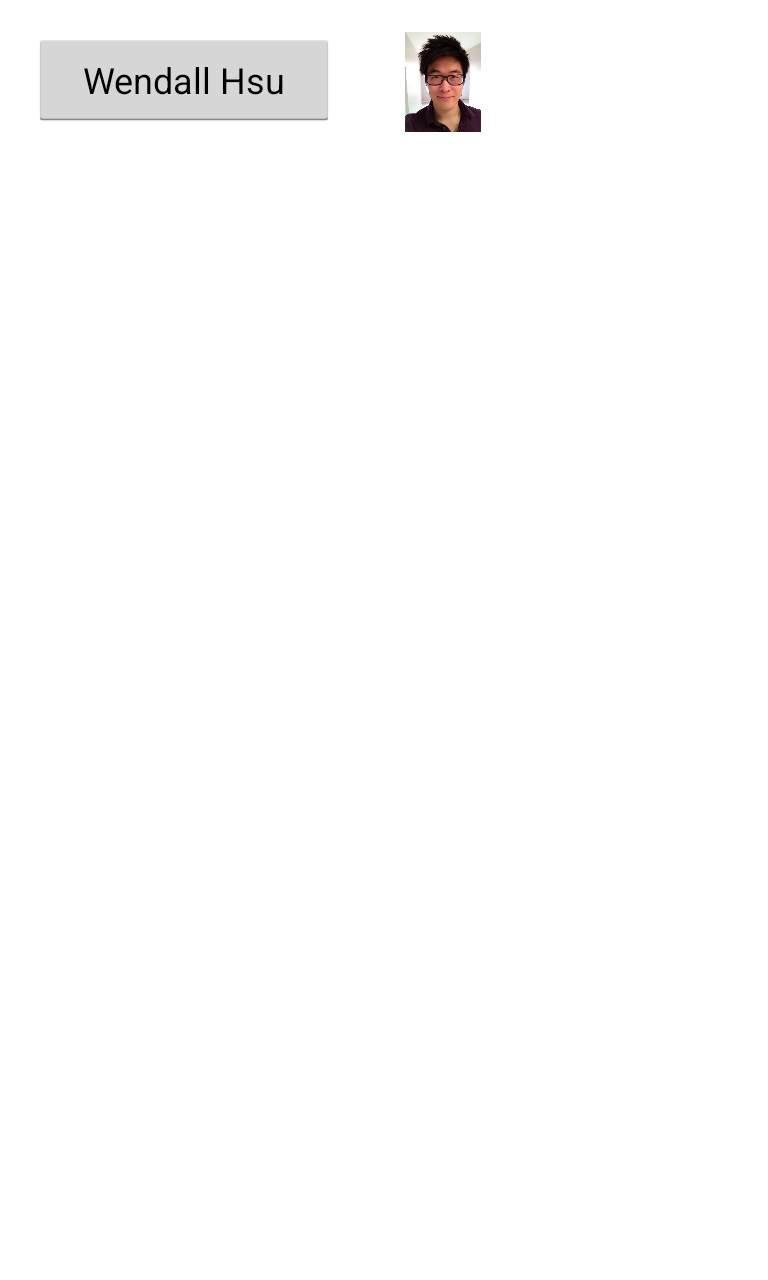
Repository: lethe13/AndroidProgramming
Layout: COMP304-Assignment2/res/layout/activity_main.xml
The author's editor kept a copy of each file at every save. The layout is drawn from the files as they stood at one save, then again after the next save.
It is drawn on a 768 x 1280 px phone screen (xhdpi) without system bars, with theme AppTheme; the app's code is not run.

Above is the layout before, as saved 2015-10-13 20:40:38.

### COMP304-Assignment2/res/layout/activity_main.xml
<RelativeLayout xmlns:android="http://schemas.android.com/apk/res/android"
    xmlns:tools="http://schemas.android.com/tools"
    android:layout_width="match_parent"
    android:layout_height="match_parent"
    android:paddingBottom="@dimen/activity_vertical_margin"
    android:paddingLeft="@dimen/activity_horizontal_margin"
    android:paddingRight="@dimen/activity_horizontal_margin"
    android:paddingTop="@dimen/activity_vertical_margin"
    tools:context="com.example.comp304_assignment2.MainActivity" >

    <Button
            android:id="@+id/button1"
            android:layout_width="152dp"
            android:layout_height="wrap_content"
            android:text="@string/st1" />

    <ImageView
        android:id="@+id/imageView1"
        android:layout_marginBottom="134dp"
        android:layout_marginLeft="59dp"
        android:layout_width="wrap_content"
        android:layout_height="100px"
        android:src="@drawable/wendall" />

</RelativeLayout>

### COMP304-Assignment2/res/values/strings.xml
<?xml version="1.0" encoding="utf-8"?>
<resources>

    <string name="app_name">COMP304-Assignment2</string>
    <string name="hello_world">Hello world!</string>
    <string name="action_settings">Settings</string>
    <string name="st1">Wendall Hsu</string>

</resources>

Loaded but not shown: COMP304-Assignment2/res/values/styles.xml (common file); COMP304-Assignment2/res/values-v11/styles.xml (common file); COMP304-Assignment2/res/values-v14/styles.xml (common file); COMP304-Assignment2/res/values/dimens.xml (common file); COMP304-Assignment2/res/values-w820dp/dimens.xml (common file)

After the next save:
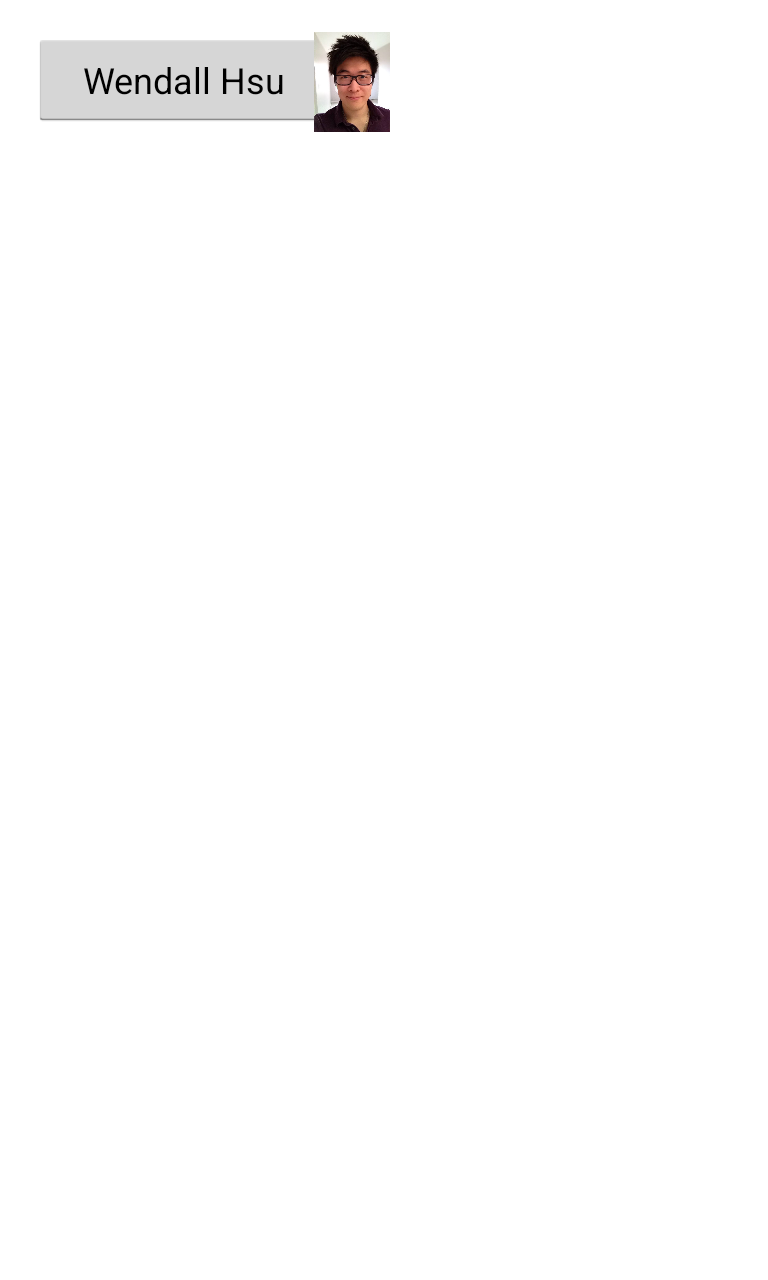
Saved 15 s later.
--- a/COMP304-Assignment2/res/layout/activity_main.xml
+++ b/COMP304-Assignment2/res/layout/activity_main.xml
@@ -16,8 +16,6 @@
 
     <ImageView
         android:id="@+id/imageView1"
-        android:layout_marginBottom="134dp"
-        android:layout_marginLeft="59dp"
         android:layout_width="wrap_content"
         android:layout_height="100px"
         android:src="@drawable/wendall" />
